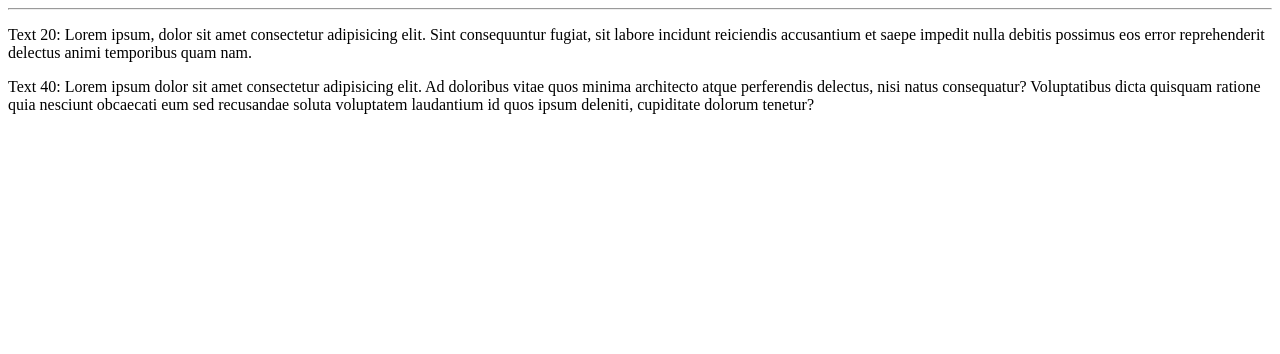
Repository: j4tdn/java18-repository
Page: 2. CSS3/ex01-test-css-connection.html
These files come from the project's save history. The page is drawn as it stood at one moment and after the next save; the edit follows.
The browser window is 1280 px wide. The pictures show the whole page.

Above is the page before, as saved 2023-10-21 17:48:04.

### 2. CSS3/ex01-test-css-connection.html
<!DOCTYPE html>
<html lang="en">
  <head>
    <meta charset="UTF-8" />
    <meta name="viewport" content="width=device-width, initial-scale=1.0" />
    <title>CSS</title>
    <link rel="stylesheet" href="css/style-connect.css" />
  </head>
  <body>
    <hr />
    <p>
      Text 20: Lorem ipsum, dolor sit amet consectetur adipisicing elit. Sint
      consequuntur fugiat, sit labore incidunt reiciendis accusantium et saepe
      impedit nulla debitis possimus eos error reprehenderit delectus animi
      temporibus quam nam.
    </p>
    <p>
      Text 40: Lorem ipsum dolor sit amet consectetur adipisicing elit. Ad
      doloribus vitae quos minima architecto atque perferendis delectus, nisi
      natus consequatur? Voluptatibus dicta quisquam ratione quia nesciunt
      obcaecati eum sed recusandae soluta voluptatem laudantium id quos ipsum
      deleniti, cupiditate dolorum tenetur?
    </p>
  </body>
</html>

### 2. CSS3/css/style-connect.css
li:last-child() {
  color: blue;
}
li:nth-child(2) {
  color: yellow;
}

After the next save:
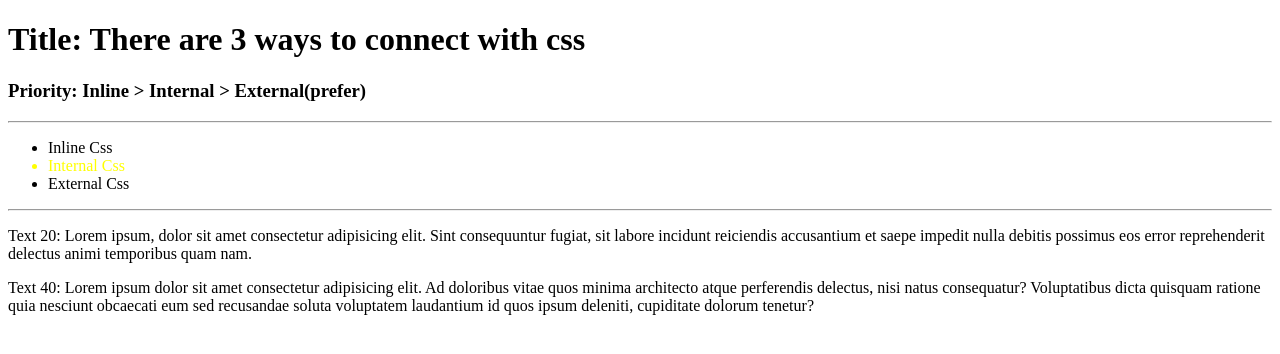
Saved 32 s later.
--- a/2. CSS3/ex01-test-css-connection.html
+++ b/2. CSS3/ex01-test-css-connection.html
@@ -7,8 +7,19 @@
     <link rel="stylesheet" href="css/style-connect.css" />
   </head>
   <body>
+    <!-- html comments -->
+    <h1>Title: There are 3 ways to connect with css</h1>
+    <h3 class="text-orange">Priority: Inline > Internal > External(prefer)</h3>
+
     <hr />
-    <p>
+
+    <ul>
+      <li>Inline Css</li>
+      <li>Internal Css</li>
+      <li>External Css</li>
+    </ul>
+    <hr />
+    <p class="text-blue">
       Text 20: Lorem ipsum, dolor sit amet consectetur adipisicing elit. Sint
       consequuntur fugiat, sit labore incidunt reiciendis accusantium et saepe
       impedit nulla debitis possimus eos error reprehenderit delectus animi
